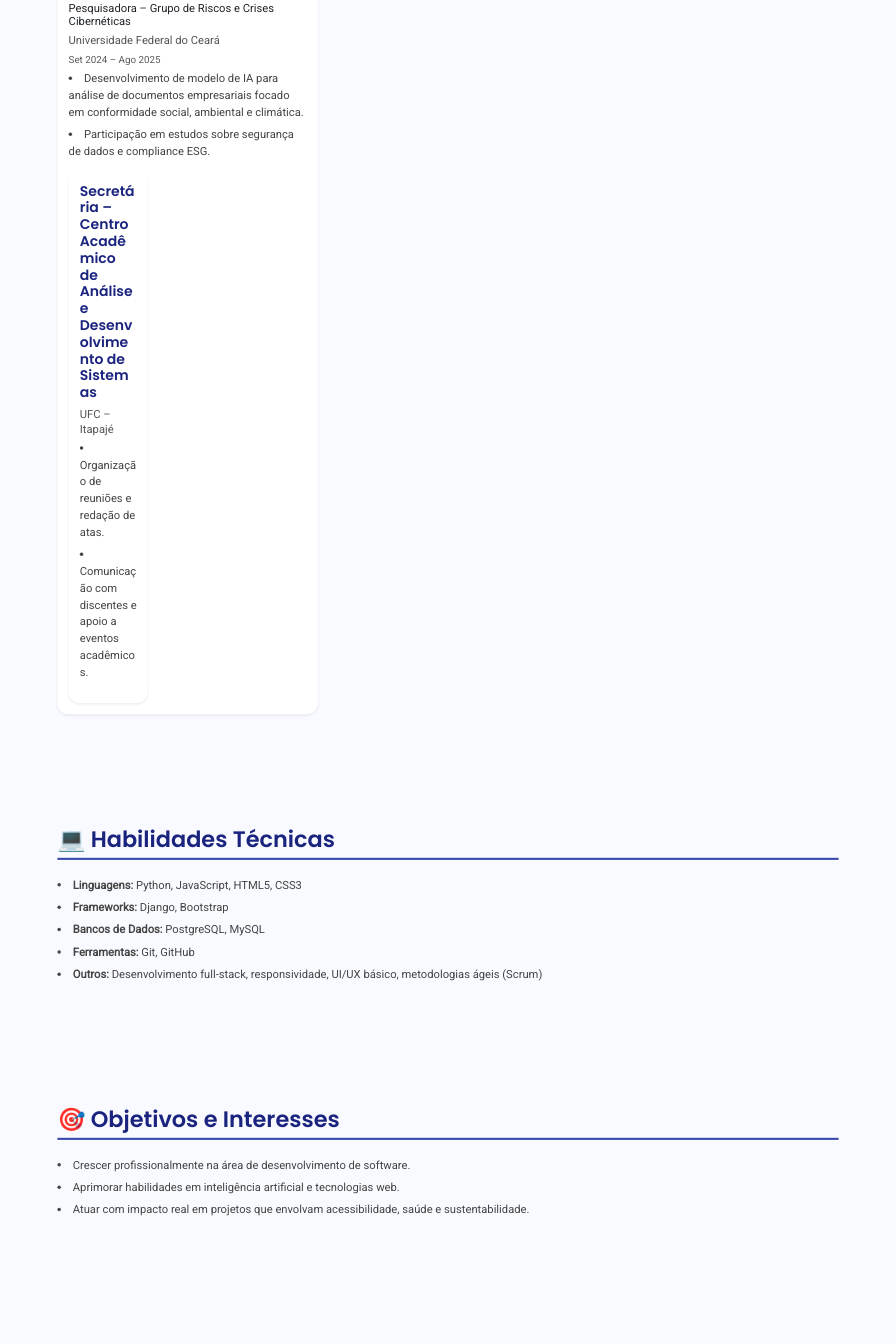
Repository: Suziane90/Portifolio
Page: index2.html
These files come from the project's save history. The page is drawn as it stood at one moment and after the next save; the edit follows.
The browser window is 1280 px wide. The pictures show the part of the page from y = 1068 to 2988 px (the page is 3949 px tall before and 3188 px after), at 70% of full size.

Above is the page before, as saved 2025-07-24 11:09:20.

### index2.html
<!DOCTYPE html>
<html lang="pt-br">

<head>
  <meta charset="UTF-8" />
  <meta name="viewport" content="width=device-width, initial-scale=1" />
  <title>Portfólio | Anne Wan</title>

  <!-- Bootstrap CSS -->
  <link href="https://cdn.jsdelivr.net/npm/bootstrap@5.3.0/dist/css/bootstrap.min.css" rel="stylesheet" />

  <!-- Google Fonts: Poppins e Roboto -->
  <link href="https://fonts.googleapis.com/css2?family=Poppins:wght@300;600&family=Roboto&display=swap" rel="stylesheet" />

  <style>
    /* Reset e fontes */
    body {
      font-family: 'Roboto', sans-serif;
      background: #f9faff;
      scroll-behavior: smooth;
      color: #333;
    }

    h1,
    h2,
    h3,
    h4,
    h5 {
      font-family: 'Poppins', sans-serif;
    }

    /* Navbar personalizada */
    .navbar-custom {
      background: #1a237e; /* azul escuro */
      box-shadow: 0 4px 12px rgb(26 35 126 / 0.3);
    }

    .navbar-custom .navbar-brand,
    .navbar-custom .nav-link {
      color: #ffffff;
      font-weight: 600;
    }

    .navbar-custom .nav-link:hover {
      color: #ffca28; /* amarelo suave */
    }

    /* Header */
    header {
      background: linear-gradient(135deg, #3949ab, #1a237e);
      color: #fff;
      padding: 6rem 1rem 4rem;
      text-align: center;
      box-shadow: 0 8px 25px rgb(26 35 126 / 0.4);
    }

    header h1 {
      font-size: 3.5rem;
      font-weight: 700;
      margin-bottom: 0.3rem;
    }

    header p {
      font-size: 1.25rem;
      font-weight: 400;
      letter-spacing: 1px;
      opacity: 0.85;
    }

    /* Seções */
    section {
      padding: 3rem 0 4rem;
    }

    section h2 {
      font-weight: 700;
      margin-bottom: 1.5rem;
      border-bottom: 3px solid #3949ab;
      padding-bottom: 0.4rem;
      color: #1a237e;
    }

    /* Cards dos projetos */
    .card {
      border-radius: 1rem;
      box-shadow: 0 6px 15px rgb(0 0 0 / 0.1);
      transition: transform 0.3s ease, box-shadow 0.3s ease;
      overflow: hidden;
    }

    .card:hover {
      transform: translateY(-10px);
      box-shadow: 0 15px 30px rgb(0 0 0 / 0.15);
    }

    .card-body h5 {
      font-weight: 700;
      color: #1a237e;
    }

    .card-body p {
      color: #555;
      line-height: 1.4;
    }

    .btn-primary {
      background-color: #3949ab;
      border: none;
      font-weight: 600;
      padding: 0.5rem 1.6rem;
      border-radius: 50px;
      transition: background-color 0.3s ease;
    }

    .btn-primary:hover {
      background-color: #1a237e;
    }

    /* Carousel */
    .carousel-inner img {
      border-bottom-left-radius: 1rem;
      border-bottom-right-radius: 1rem;
      height: 250px;
      object-fit: cover;
      user-select: none;
    }

    /* Listas e textos */
    ul {
      list-style: disc inside;
      padding-left: 0;
      color: #444;
    }

    ul li {
      margin-bottom: 0.5rem;
      font-size: 1rem;
    }

    /* Footer */
    footer {
      background-color: #1a237e;
      color: #eee;
      padding: 1rem 0;
      text-align: center;
      font-size: 0.9rem;
      letter-spacing: 1px;
    }

    /* Espaçamento entre seções no mobile */
    @media (max-width: 767px) {
      header h1 {
        font-size: 2.5rem;
      }

      header p {
        font-size: 1rem;
      }

      .carousel-inner img {
        height: 200px;
      }
    }
  </style>
</head>

<body>

  <!-- Navbar -->
  <nav class="navbar navbar-expand-md navbar-custom fixed-top shadow-sm">
    <div class="container">
      <a class="navbar-brand" href="#">Anne Wan</a>
      <button class="navbar-toggler" type="button" data-bs-toggle="collapse" data-bs-target="#navMenu" aria-controls="navMenu"
        aria-expanded="false" aria-label="Alternar navegação">
        <span class="navbar-toggler-icon" style="filter: invert(1);"></span>
      </button>
      <div class="collapse navbar-collapse" id="navMenu">
        <ul class="navbar-nav ms-auto gap-3">
          <li class="nav-item"><a class="nav-link" href="#sobre">Sobre</a></li>
          <li class="nav-item"><a class="nav-link" href="#experiencia">Experiência</a></li>
          <li class="nav-item"><a class="nav-link" href="#habilidades">Habilidades</a></li>
          <li class="nav-item"><a class="nav-link" href="#objetivos">Objetivos</a></li>
          <li class="nav-item"><a class="nav-link" href="#projetos">Projetos</a></li>
          <li class="nav-item"><a class="nav-link" href="#contato">Contato</a></li>
        </ul>
      </div>
    </div>
  </nav>

  <!-- Header -->
  <header>
    <div class="container">
      <h1>Anne Wan</h1>
      <p>Desenvolvedora Web | Estudante de ADS</p>
    </div>
  </header>

  <main class="container my-5">

    <!-- Sobre Mim -->
    <section id="sobre" class="mb-5">
      <h2>Sobre Mim</h2>
      <p>
        Sou estudante de Análise e Desenvolvimento de Sistemas, dedicada e sempre em busca de aprimoramento contínuo. Tenho uma forte base em desenvolvimento web full-stack, e gosto de encarar desafios com seriedade e criatividade.
      </p>
    </section>

    <!-- Experiência & Formação -->
    <section id="experiencia" class="mb-5">
      <h2>Experiência & Formação</h2>

      <div class="mb-4">
        <h5><strong>Suziane Brandão Andrade</strong></h5>
        <p>📍 Itapajé – CE | 📧 <a href="mailto:suzianebrandao980@gmail.com" class="link-primary">suzianebrandao980@gmail.com</a> | 📞 (85) 99422-3336</p>
      </div>

      <div class="col-md-4">
      <div class="card shadow-sm h-100 border-0">
        <div class="card-body">
          <h5 class="card-title fw-bold">🎓 Formação Acadêmica</h5>
          <p class="card-text mb-0"><strong>Tecnologia em Análise e Desenvolvimento de Sistemas</strong></p>
          <p class="card-text mb-0">Universidade Federal do Ceará – Campus Itapajé</p>
          <p class="card-text"><small class="text-muted">Período: Em andamento</small></p>
        </div>
      </div>
    </div>

          <!-- Experiência -->
    <div class="col-md-4">
      <div class="card shadow-sm h-100 border-0">
        <div class="card-body">
          <h5 class="card-title fw-bold">🧪 Experiência em Projetos e Pesquisa</h5>

          <h6 class="mt-2">Pesquisadora – Grupo de Riscos e Crises Cibernéticas</h6>
          <p class="mb-1">Universidade Federal do Ceará</p>
          <p class="mb-1"><small class="text-muted">Set 2024 – Ago 2025</small></p>
          <ul>
            <li>Desenvolvimento de modelo de IA para análise de documentos empresariais focado em conformidade social, ambiental e climática.</li>
            <li>Participação em estudos sobre segurança de dados e compliance ESG.</li>
          </ul>


           <div class="col-md-4">
      <div class="card shadow-sm h-100 border-0">
        <div class="card-body">
          <h5 class="card-title fw-bold">Secretária – Centro Acadêmico de Análise e Desenvolvimento de Sistemas</h5>
          <p class="mb-1">UFC – Itapajé</p>
          <ul>
            <li>Organização de reuniões e redação de atas.</li>
            <li>Comunicação com discentes e apoio a eventos acadêmicos.</li>
          </ul>


    </section>

    <!-- Habilidades Técnicas -->
    <section id="habilidades" class="mb-5">
      <h2>💻 Habilidades Técnicas</h2>
      <ul>
        <li><strong>Linguagens:</strong> Python, JavaScript, HTML5, CSS3</li>
        <li><strong>Frameworks:</strong> Django, Bootstrap</li>
        <li><strong>Bancos de Dados:</strong> PostgreSQL, MySQL</li>
        <li><strong>Ferramentas:</strong> Git, GitHub</li>
        <li><strong>Outros:</strong> Desenvolvimento full-stack, responsividade, UI/UX básico, metodologias ágeis (Scrum)</li>
      </ul>
    </section>

    <!-- Objetivos e Interesses -->
    <section id="objetivos" class="mb-5">
      <h2>🎯 Objetivos e Interesses</h2>
      <ul>
        <li>Crescer profissionalmente na área de desenvolvimento de software.</li>
        <li>Aprimorar habilidades em inteligência artificial e tecnologias web.</li>
        <li>Atuar com impacto real em projetos que envolvam acessibilidade, saúde e sustentabilidade.</li>
      </ul>
    </section>

    <!-- Projetos -->
    <section id="projetos" class="mb-5">
      <h2>Meus Projetos</h2>

      <div class="row gy-4">

        <!-- Projeto InovaHabitat -->
        <div class="col-md-6">
          <div class="card h-100 border-0">
            <div id="carouselInova" class="carousel slide rounded-top" data-bs-ride="carousel">
              <div class="carousel-inner">
                <div class="carousel-item active">
                  <img src="assets/Inova3.png" class="d-block w-100" alt="InovaHabitat imagem 1" />
                </div>
                <div class="carousel-item">
                  <img src="assets/inova2.png" class="d-block w-100" alt="InovaHabitat imagem 2" />
                </div>
                <div class="carousel-item">
                  <img src="assets/Inova6.png" class="d-block w-100" alt="InovaHabitat imagem 3" />
                </div>
              </div>
              <button
                class="carousel-control-prev"
                type="button"
                data-bs-target="#carouselInova"
                data-bs-slide="prev"
              >
                <span class="carousel-control-prev-icon" aria-hidden="true"></span>
                <span class="visually-hidden">Anterior</span>
              </button>
              <button
                class="carousel-control-next"
                type="button"
                data-bs-target="#carouselInova"
                data-bs-slide="next"
              >
                <span class="carousel-control-next-icon" aria-hidden="true"></span>
                <span class="visually-hidden">Próximo</span>
              </button>
            </div>
            <div class="card-body">
              <h5 class="card-title">📦 Projeto InovaHabitat</h5>
              <p class="card-text">
                Plataforma de anúncios para universitários. Funcionalidades de login, cadastro, CRUD de produtos e mais.
              </p>
              <a href="https://github.com/seuusuario/inova-habitat" target="_blank" class="btn btn-primary"
                >Ver no GitHub</a
              >
            </div>
          </div>
        </div>

        <!-- Projeto AgendMed -->
        <div class="col-md-6">
          <div class="card h-100 border-0">
            <div id="carouselAgendMed" class="carousel slide rounded-top" data-bs-ride="carousel">
              <div class="carousel-inner">
                <div class="carousel-item active">
                  <img src="assets/Agend2.png" class="d-block w-100" alt="AgendMed imagem 1" />
                </div>
                <div class="carousel-item">
                  <img src="assets/Agend3.png" class="d-block w-100" alt="AgendMed imagem 2" />
                </div>
                <div class="carousel-item">
                  <img src="assets/Agend4.png" class="d-block w-100" alt="AgendMed imagem 3" />
                </div>
              </div>
              <button
                class="carousel-control-prev"
                type="button"
                data-bs-target="#carouselAgendMed"
                data-bs-slide="prev"
              >
                <span class="carousel-control-prev-icon" aria-hidden="true"></span>
                <span class="visually-hidden">Anterior</span>
              </button>
              <button
                class="carousel-control-next"
                type="button"
                data-bs-target="#carouselAgendMed"
                data-bs-slide="next"
              >
                <span class="carousel-control-next-icon" aria-hidden="true"></span>
                <span class="visually-hidden">Próximo</span>
              </button>
            </div>
            <div class="card-body">
              <h5 class="card-title">📅 AgendMed</h5>
              <p class="card-text">
                Sistema para agendamento médico online, com controle de pacientes, consultas e notificações.
              </p>
              <a href="https://github.com/seuusuario/agendmed" target="_blank" class="btn btn-primary"
                >Ver no GitHub</a
              >
            </div>
          </div>
        </div>

      </div>
    </section>

    <!-- Contato -->
    <section id="contato" class="mb-5">
      <h2>Contato</h2>
      <p>Email: <a href="mailto:annewan@email.com" class="link-primary">annewan@email.com</a></p>
      <p>
        <a href="https://github.com/seuusuario" target="_blank" class="me-3 link-primary">GitHub</a>
        <a href="https://linkedin.com/in/seulinkedin" target="_blank" class="link-primary">LinkedIn</a>
      </p>
    </section>

  </main>

  <footer>
    <small>© 2025 Anne Wan</small>
  </footer>

  <!-- Bootstrap JS Bundle -->
  <script src="https://cdn.jsdelivr.net/npm/bootstrap@5.3.0/dist/js/bootstrap.bundle.min.js"></script>

</body>

</html>

After the next save:
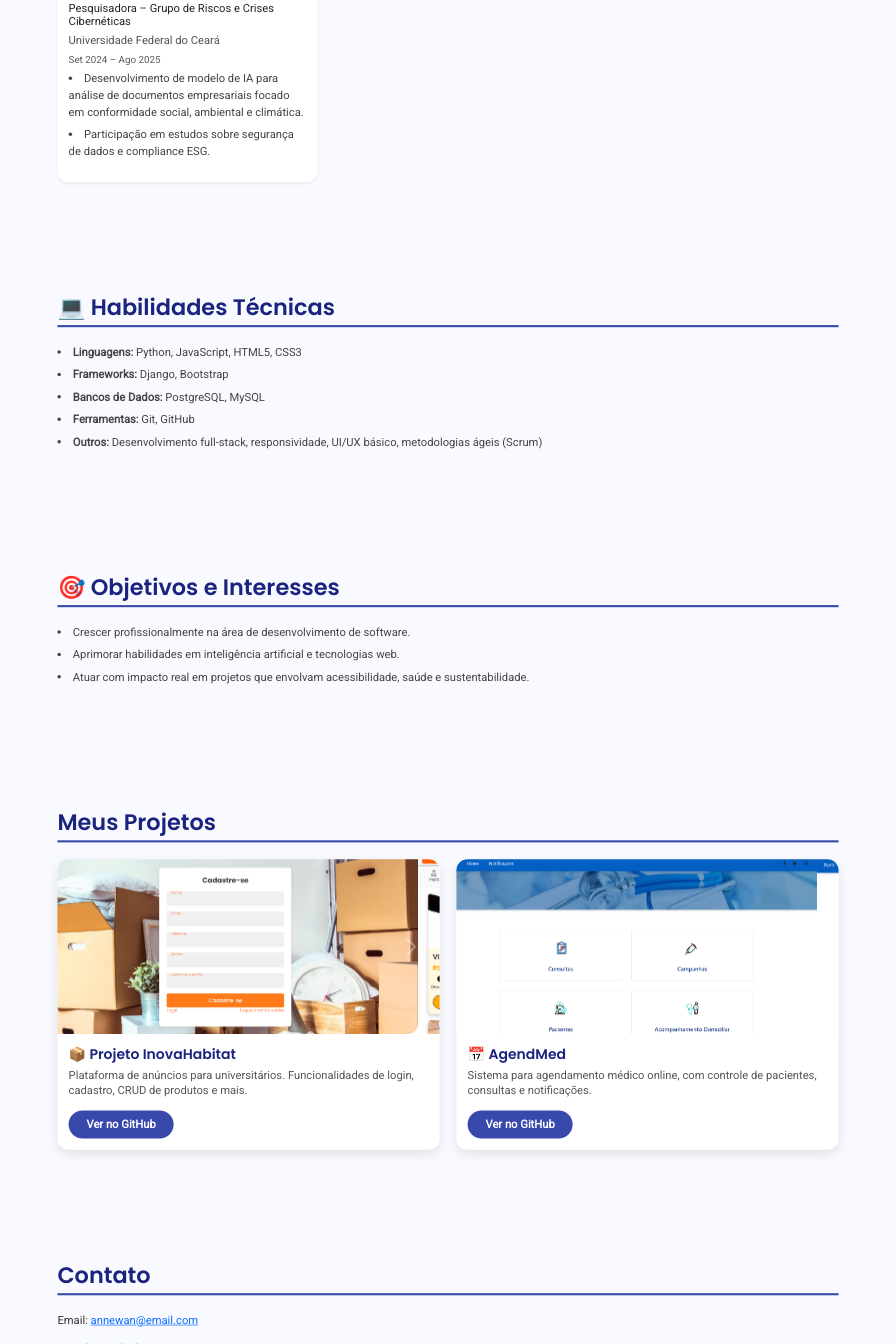
Saved 18 s later.
--- a/index2.html
+++ b/index2.html
@@ -240,15 +240,6 @@
           </ul>
 
 
-           <div class="col-md-4">
-      <div class="card shadow-sm h-100 border-0">
-        <div class="card-body">
-          <h5 class="card-title fw-bold">Secretária – Centro Acadêmico de Análise e Desenvolvimento de Sistemas</h5>
-          <p class="mb-1">UFC – Itapajé</p>
-          <ul>
-            <li>Organização de reuniões e redação de atas.</li>
-            <li>Comunicação com discentes e apoio a eventos acadêmicos.</li>
-          </ul>
 
 
     </section>
